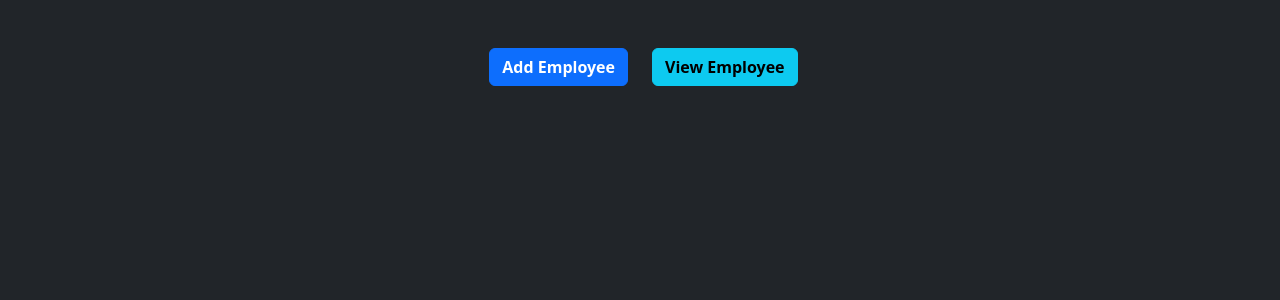
Repository: Rahulkathiriya/java-assignment-and-assesment
Page: http://localhost/web007_assesment_employee_Management_System/home.jsp
An editor plug-in stored every save of this project. The page is shown before and after the next save, followed by the edit.
The browser window is 1280 px wide. The pictures show the whole page.
The page is served by Tomcat 9. Other server files are loaded and not shown.

Above is the page before, as saved 2022-11-17 14:41:39.

### web007_assesment_employee_Management_System/src/main/webapp/home.jsp
<%@ page language="java" contentType="text/html; charset=UTF-8"
	pageEncoding="UTF-8"%>
<!DOCTYPE html>
<html>
<head>
<meta charset="UTF-8">
<!-- CSS only -->
<link
	href="https://cdn.jsdelivr.net/npm/bootstrap@5.2.0/dist/css/bootstrap.min.css"
	rel="stylesheet"
	integrity="sha384-gH2yIJqKdNHPEq0n4Mqa/HGKIhSkIHeL5AyhkYV8i59U5AR6csBvApHHNl/vI1Bx"
	crossorigin="anonymous">
<!-- <-- JavaScript Bundle with Popper -->
<script
	src="https://cdn.jsdelivr.net/npm/bootstrap@5.2.0/dist/js/bootstrap.bundle.min.js"
	integrity="sha384-A3rJD856KowSb7dwlZdYEkO39Gagi7vIsF0jrRAoQmDKKtQBHUuLZ9AsSv4jD4Xa"
	crossorigin="anonymous"></script>

<!--  	j-Queary cdn -->
<script
	src="https://cdnjs.cloudflare.com/ajax/libs/jquery/3.6.1/jquery.min.js"
	integrity="sha512-aVKKRRi/Q/YV+4mjoKBsE4x3H+BkegoM/em46NNlCqNTmUYADjBbeNefNxYV7giUp0VxICtqdrbqU7iVaeZNXA=="
	crossorigin="anonymous" referrerpolicy="no-referrer"></script>
<title>Home Page</title>

<style type="text/css">
.container-fluid {
	height: 100vh;
}
</style>
</head>
<body>

	<div class="container-fluid bg-dark">
		<div class="container m-auto">
			<div class="row pt-5">
				<div class="col col-md-6 col-lg-6 text-end ">
					<a href="addEmployee" class="btn btn-primary fw-bold">Add
						Employee</a>
				</div>
				<div class="col col-md-6 col-lg-6 text-start">
					<a href="viewEmployee" class="btn btn-info fw-bold">View
						Employee</a>
				</div>
			</div>
		</div>
	</div>

</body>
</html>

After the next save:
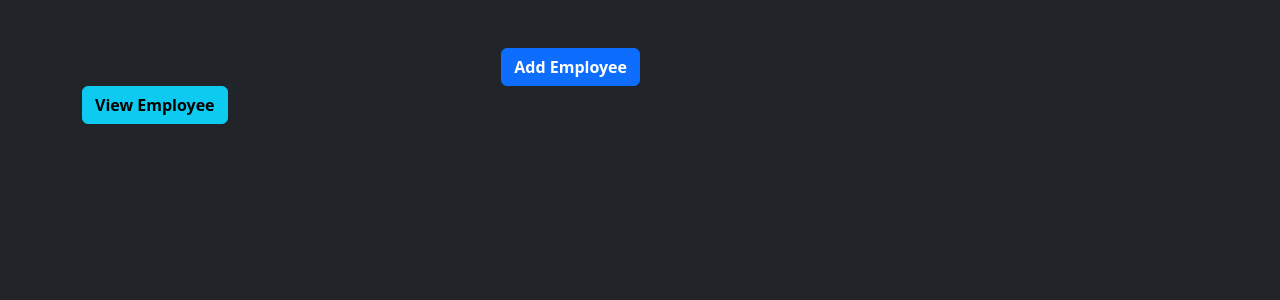
Saved 4 min 11 s later.
--- a/web007_assesment_employee_Management_System/src/main/webapp/home.jsp
+++ b/web007_assesment_employee_Management_System/src/main/webapp/home.jsp
@@ -34,9 +34,11 @@
 	<div class="container-fluid bg-dark">
 		<div class="container m-auto">
 			<div class="row pt-5">
-				<div class="col col-md-6 col-lg-6 text-end ">
-					<a href="addEmployee" class="btn btn-primary fw-bold">Add
-						Employee</a>
+				<div class="add">
+					<div class="col col-md-6 col-lg-6 text-end ">
+						<a href="addEmployee" class="btn btn-primary fw-bold">Add
+							Employee</a>
+					</div>
 				</div>
 				<div class="col col-md-6 col-lg-6 text-start">
 					<a href="viewEmployee" class="btn btn-info fw-bold">View
